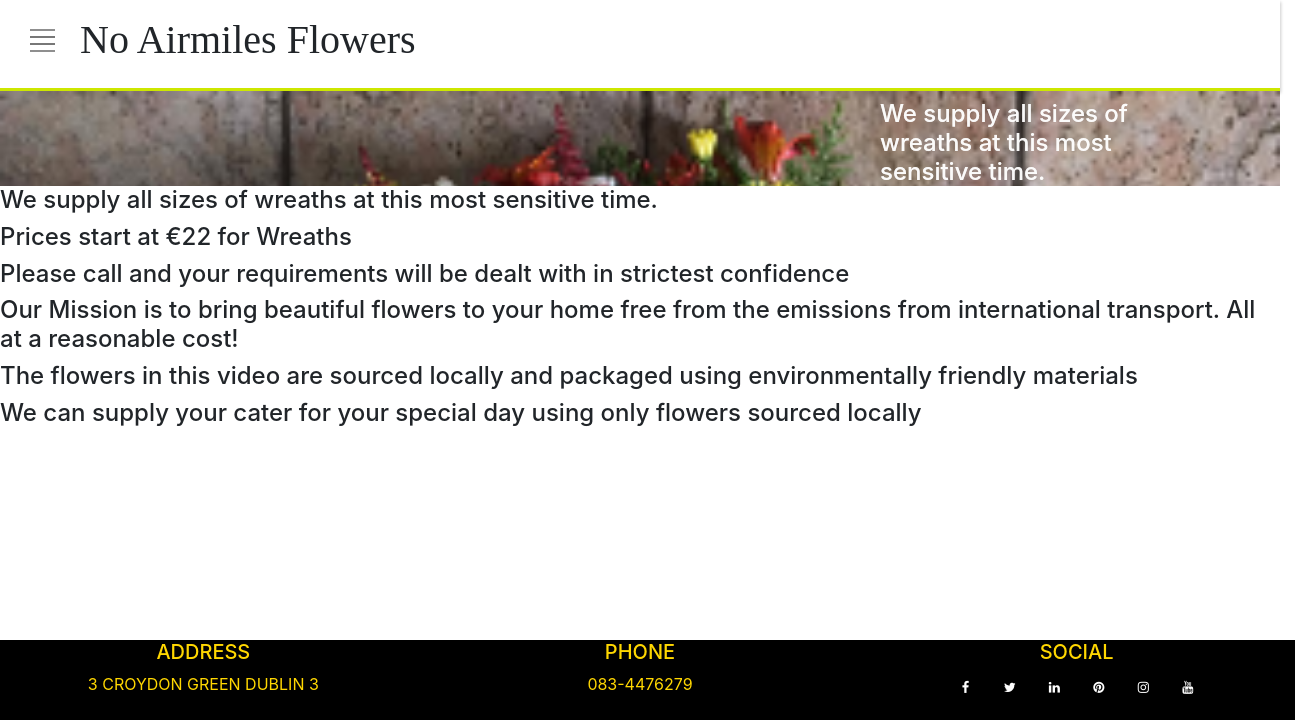
Repository: ConorTC1990/Flowers
Page: wreaths.html
The author's editor kept a record of every edit. The page is drawn from the files as they stood at one moment, then again after the next edit.
The browser window is 1280 px wide. The page is 1295 px wide, so the pictures cover 1295 px, including what lies to the right of the window. The pictures show the whole page.
Some web libraries are served in a nearby version.

Above is the page before.

### wreaths.html
<!DOCTYPE html>
<html lang="en">

<head>
    <meta charset="UTF-8">
    <meta name="viewport" content="width=device-width, initial-scale=1.0">
    <meta http-equiv="X-UA-Compatible" content="ie=edge">
    <link rel="stylesheet" href="https://maxcdn.bootstrapcdn.com/bootstrap/4.2.1/css/bootstrap.min.css" type="text/css" />
    <link rel="stylesheet" href="https://maxcdn.bootstrapcdn.com/font-awesome/4.7.0/css/font-awesome.min.css" type="text/css" />
    <link rel="stylesheet" href="https://cdnjs.cloudflare.com/ajax/libs/hover.css/2.1.1/css/hover-min.css" type="text/css" />
    <link rel="stylesheet" href="assets/css/style.css">
    <title>No Airmiles Flowers</title>
</head>
<body>
<div>
 <div class="collapsible-menu">
            <input type="checkbox" id="menu">
            <label for="menu">No Airmiles Flowers</label>
            <div class="menu-content">
                <ul>
                    <li><a href="index.html">Home</a></li>
                    <li><a href="weddings.html">Weddings</a></li>
                    <li><a href="wreaths.html">Wreaths and Funerals</a></li>
                    <li><a href="contactform.html">Contact</a></li>

                </ul>
            </div>
        </div>




   <div class="WreathsBackground"> </div>
         <h4 class="callout">
            We supply all sizes of wreaths at this most sensitive time.</h4>
    <h4 class="callout2">
          Prices start at €22 for Wreaths
        </h4>
         <h4 class="callout3">

        Please call and your requirements will be dealt with in strictest confidence</h4>
        </div>
        <div>
         <h4 >
            We supply all sizes of wreaths at this most sensitive time.</h4>
    <h4 >
          Prices start at €22 for Wreaths
        </h4>
         <h4 >

        Please call and your requirements will be dealt with in strictest confidence</h4>
        </div>
         <h4 class="callout">
            We supply all sizes of wreaths at this most sensitive time.</h4>
    <h4 class="callout2">
          Prices start at €22 for Wreaths
        </h4>
         <h4 class="callout3">

        Please call and your requirements will be dealt with in strictest confidence</h4>
        </div>

      <div class="informationsection">
		<h4>
            Our Mission is to bring beautiful flowers to your home free from the emissions from international transport. All at a reasonable cost!
        </h4>
    <h4>
           The flowers in this video are sourced locally and packaged using environmentally friendly materials
        </h4>
         <h4 >
          We can supply your cater for your special day using only flowers sourced locally
        </h4>

	</div>

       <div class="videoclass2wreaths">

		        <ul>
		            <li> We supply all sizes of wreaths at this most sensitive time.</li>
		            <li> We can provide custom wreaths for all memorial services</li>
		            <li>Prices start at €22 for Wreaths </li>
		            <li>Please call us at 083-4476279</li>
		            <li><a href="contactform.html">Contact</a></li>
		        </ul>

		</div>

<footer class="container-fluid wreathfooter1">
        <div id="footer-details" class="row">
            <div class="col-sm-4">
                <h5 class="uppercase general-sub">Address</h5>
                <p class="inline-block">
                    3 Croydon Green
                    Dublin 3
                </p>
            </div>
            <div class="col-sm-4">
                <h5 class="uppercase general-sub">Phone</h5>
                <p class="inline-block">
                    083-4476279


                </p>
            </div>
            <div class="col-sm-4">
                <h5 class="uppercase general-sub">Social</h5>
                <ul class="list-inline social-links">
                    <li class="list-inline-item">
                        <a target="_blank" href="#">
                            <i class="fa fa-facebook" aria-hidden="true"></i>
                            <span class="sr-only">Facebook</span>
                        </a>
                    </li>
                    <li class="list-inline-item">
                        <a target="_blank" href="#">
                            <i class="fa fa-twitter" aria-hidden="true"></i>
                            <span class="sr-only">Twitter</span>
                        </a>
                    </li>
                    <li class="list-inline-item">
                        <a target="_blank" href="#">
                            <i class="fa fa-linkedin" aria-hidden="true"></i>
                            <span class="sr-only">LinkedIn</span>
                        </a>
                    </li>
                    <li class="list-inline-item">
                        <a target="_blank" href="#">
                            <i class="fa fa-pinterest" aria-hidden="true"></i>
                            <span class="sr-only">Pinterest</span>
                        </a>
                    </li>
                    <li class="list-inline-item">
                        <a target="_blank" href="#">
                            <i class="fa fa-instagram" aria-hidden="true"></i>
                            <span class="sr-only">Instagram</span>
                        </a>
                    </li>
                    <li class="list-inline-item">
                        <a target="_blank" href="#">
                            <i class="fa fa-youtube" aria-hidden="true"></i>
                            <span class="sr-only">YouTube</span>
                        </a>
                    </li>
                </ul>
            </div>
        </div>


</footer>

</body>

</html>

Loaded but not shown: assets/css/style.css (1035 lines, source omitted)

After the next edit:
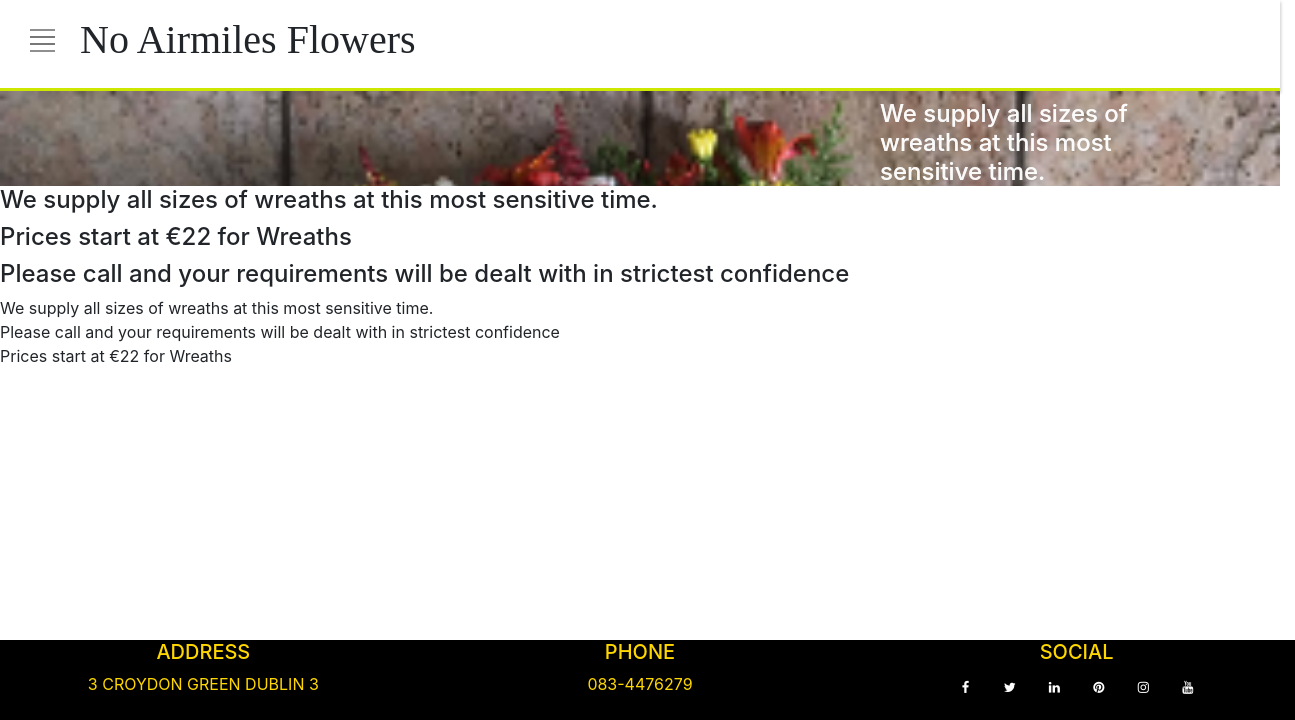
The edit:
--- a/wreaths.html
+++ b/wreaths.html
@@ -61,15 +61,11 @@
         </div>
 
       <div class="informationsection">
-		<h4>
-            Our Mission is to bring beautiful flowers to your home free from the emissions from international transport. All at a reasonable cost!
-        </h4>
-    <h4>
-           The flowers in this video are sourced locally and packaged using environmentally friendly materials
-        </h4>
-         <h4 >
-          We can supply your cater for your special day using only flowers sourced locally
-        </h4>
+		<ul>
+		  <li> We supply all sizes of wreaths at this most sensitive time.</li>
+		  <li> Please call and your requirements will be dealt with in strictest confidence</li>
+		  <li>Prices start at €22 for Wreaths</li>
+		</ul>
 
 	</div>
 
